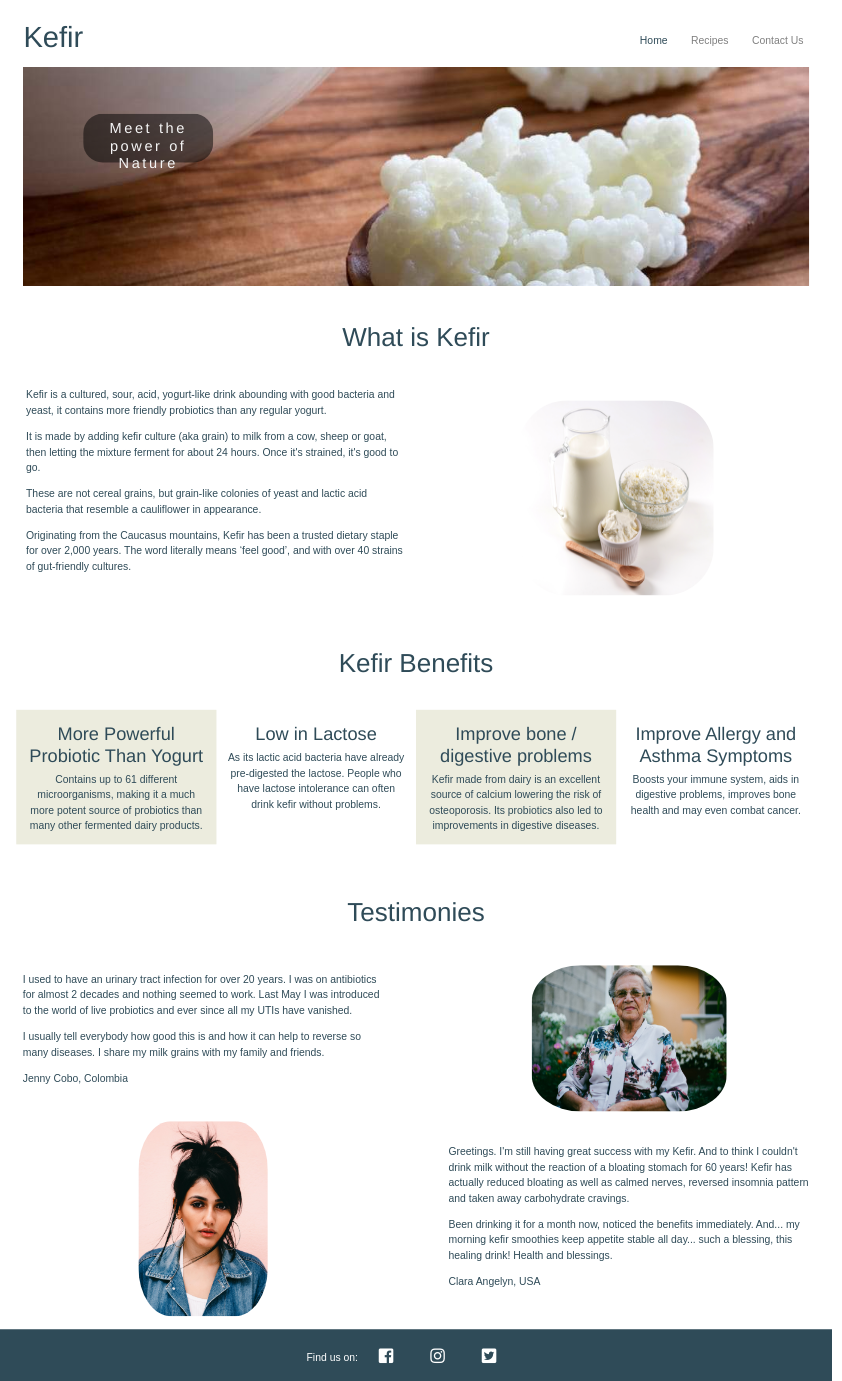
Repository: Code-Institute-Submissions/andna5980-kefir-repo_JuneResub
Page: index.html
An editor plug-in stored every save of this project. The page is shown before and after the next save, followed by the edit.
The browser window is 1280 px wide. The page is 1295 px wide, so the pictures cover 1295 px, including what lies to the right of the window. The pictures show the whole page, at 65% of full size.
Some web fonts or font styles are not loaded; a fallback is used. Some web libraries are served in a nearby version.

Above is the page before, as saved 2021-03-04 22:48:59.

### index.html
<!DOCTYPE html>
<html lang="en-US">

<head>
  <meta charset="UTF-8">
  <meta name="viewport" content="width=device-width, initial-scale=1.0">
  <meta name="author" content="Andres Navarrete">
  <meta name="description"
    content="Kefir, meet the power of nature. Bring the right knowledge and the best recipes from mother nature">
  <meta name="keywords" content="Kefir, recipes, natural-products, home-made, organic, healthy">
  <title>KEFIR | MEET THE POWER OF NATURE</title>
  <link rel="stylesheet" href="https://cdn.jsdelivr.net/npm/bootstrap@4.5.3/dist/css/bootstrap.min.css"
    integrity="sha384-TX8t27EcRE3e/ihU7zmQxVncDAy5uIKz4rEkgIXeMed4M0jlfIDPvg6uqKI2xXr2" crossorigin="anonymous">
  <link rel="stylesheet" href="https://use.fontawesome.com/releases/v5.6.3/css/all.css"
    integrity="sha384-UHRtZLI+pbxtHCWp1t77Bi1L4ZtiqrqD80Kn4Z8NTSRyMA2Fd33n5dQ8lWUE00s/" crossorigin="anonymous">
  <link href="./assets/styles/style.css" rel="stylesheet">
</head>

<body>
  <!-- Main Header -->
  <header>
    <nav class="navbar navbar-expand-md navbar-light fixed-top navbar-bg">
      <a class="navbar-brand" href="index.html">Kefir</a>
      <button class="navbar-toggler" type="button" data-toggle="collapse" data-target="#navbarNav"
        aria-controls="navbarNav" aria-expanded="false" aria-label="Toggle navigation">
        <span class="navbar-toggler-icon"></span>
      </button>
      <div class="collapse navbar-collapse menu-items" id="navbarNav">
        <ul class="navbar-nav">
          <li class="nav-item active">
            <a class="nav-link" href="#">Home <span class="sr-only">(current)</span></a>
          </li>
          <li class="nav-item">
            <a class="nav-link" href="recipes.html">Recipes</a>
          </li>
          <li class="nav-item">
            <a class="nav-link" href="contact.html">Contact Us</a>
          </li>

        </ul>
      </div>
    </nav>
  </header>

  <!-- Hero Image -->

  <div class=" container-hero">
    <div class="hero-image col-12"></div>
    <div class="cover-text">
      <h2>Meet the power of Nature</h2>
    </div>

  </div>


  <!-- What is kefir -->

  <section>
    <div class="row">
      <div class="welcome-text col-12">
        <h1>What is Kefir</h1>
      </div>
    </div>

    <div class="kefir-description row">
      <div class="col-12 col-sm-6 ">
        <p>Kefir is a cultured, sour, acid, yogurt-like drink abounding with good bacteria and yeast, it contains
          more friendly probiotics than any regular yogurt.</p>
        <p>It is made by adding kefir culture (aka grain) to milk from a cow, sheep or goat, then letting the
          mixture ferment for about 24 hours. Once it's strained, it's good to go.</p>
        <p>These are not cereal grains, but grain-like colonies of yeast and lactic acid bacteria that resemble a
          cauliflower in appearance.</p>
        <p>Originating from the Caucasus mountains, Kefir has been a trusted dietary staple for over 2,000 years.
          The word literally means ‘feel good’, and with over 40 strains of gut-friendly cultures.</p>
      </div>

      <div class="col-12 col-sm-6 ">
        <div class="kefir-description-image">
          <img src="./assets/images/milk-products-dairy.jpg" alt="diferent-kefir-derivates" height="300" width="300">
        </div>
      </div>
    </div>

  </section>


  <!-- Kefir benefits -->

  <section class="benefits-title">
    <div class="row ">
      <div class="  col-12">
        <h1>Kefir Benefits</h1>
      </div>
    </div>

    <div class="row benefits-row">
      <div class="benefits-box1 col-12 col-sm-6 col-md-3">
        <h3>More Powerful Probiotic Than Yogurt</h3>
        <p>Contains up to 61 different microorganisms, making it a much
          more potent source of probiotics than many other fermented dairy products.
        </p>
      </div>
      <div class=" benefits-box col-12 col-sm-6 col-md-3">
        <h3>Low in Lactose </h3>
        <p>As its lactic
          acid bacteria have already pre-digested the lactose. People who have lactose
          intolerance can often drink kefir without problems.
        </p>

      </div>
      <div class=" benefits-box1 col-12 col-sm-6 col-md-3">
        <h3>Improve bone / digestive problems </h3>
        <p>Kefir made from dairy is an excellent source of calcium lowering the risk of osteoporosis. Its probiotics
          also led to improvements in digestive diseases.
        </p>
      </div>
      <div class="benefits-box col-12 col-sm-6 col-md-3">
        <h3>Improve Allergy and Asthma Symptoms</h3>
        <p>Boosts your immune system, aids in digestive problems, improves bone health and may even combat cancer.
        </p>
      </div>
    </div>
  </section>

  <!-- Testimonies -->

  <section>
    <div class="testimonies-title  row">
      <div class=" col-12">
        <h1>Testimonies</h1>
      </div>
    </div>

    <div class=" row">
      <div class=" testimony-box col-12 col-sm-6">
        <p>I used to have an urinary tract infection for over 20 years. I was on antibiotics for almost 2 decades and
          nothing seemed to work. Last May I was introduced to the world of live probiotics and ever since all my
          UTIs have vanished.</p>
        <p>I usually tell everybody how good this is and how it can help to reverse so many diseases. I share my
          milk grains with my family and friends.</p>
        <p>Jenny Cobo, Colombia</p>
      </div>

      <div class="col-12 col-sm-6">
        <div class="testimony-image1">
          <img src="./assets/images/damir-bosnjak-VQ2L7t5qt_8-unsplash-min.jpg" alt="old-woman" height="225"
            width="300">
        </div>
      </div>
    </div>

    <div class=" row flex-column-reverse flex-sm-row ">
      <div class="testimony-image2 col-12 col-sm-6 col.order-1.order-xs-2">
        <img src="./assets/images/matheus-ferrero-W7b3eDUb_2I-unsplash.jpg" alt="young-woman" height="300">
      </div>

      <div class="testimony-box col-12 col-sm-6 ">
        <p>Greetings. I'm still having great success with my Kefir. And to think I couldn't drink milk without the
          reaction of a bloating stomach for 60 years! Kefir has actually reduced bloating as well as calmed
          nerves, reversed insomnia pattern and taken away carbohydrate cravings.</p>
        <p> Been drinking it for a month now, noticed the benefits immediately. And... my morning kefir smoothies
          keep appetite stable all day... such a blessing, this healing drink! Health and blessings.</p>
        <p>Clara Angelyn, USA</p>
      </div>

    </div>
  </section>


  <footer>
    <div class="social-networks">
      <span>Find us on:</span>
      <a href="http://facebook.com" target="_blank"><i class="fab fa-facebook-square"></i></a>

      <a href="http://instagram.com" target="_blank"><i class="fab fa-instagram"></i></a>

      <a href="http://twitter.com" target="_blank"><i class="fab fa-twitter-square"></i></a>
    </div>
  </footer>

  <script src="https://code.jquery.com/jquery-3.2.1.slim.min.js"
    integrity="sha384-KJ3o2DKtIkvYIK3UENzmM7KCkRr/rE9/Qpg6aAZGJwFDMVNA/GpGFF93hXpG5KkN"
    crossorigin="anonymous"></script>
  <script src="https://cdnjs.cloudflare.com/ajax/libs/popper.js/1.12.9/umd/popper.min.js"
    integrity="sha384-ApNbgh9B+Y1QKtv3Rn7W3mgPxhU9K/ScQsAP7hUibX39j7fakFPskvXusvfa0b4Q"
    crossorigin="anonymous"></script>
  <script src="https://maxcdn.bootstrapcdn.com/bootstrap/4.0.0/js/bootstrap.min.js"
    integrity="sha384-JZR6Spejh4U02d8jOt6vLEHfe/JQGiRRSQQxSfFWpi1MquVdAyjUar5+76PVCmYl"
    crossorigin="anonymous"></script>


</body>


</html>

### assets/styles/style.css
@import url('https://fonts.googleapis.com/css2?family=Amatic+SC&family=Caveat+Brush&display=swap');
body {
    font-family: Arial, Helvetica, sans-serif;
    color: #2F4B58;
    max-width: 2000px;
}

h1,h2,h3 {
    font-family: Caveat Brush, Helvetica, sans-serif;
    color: #2F4B58;
}

/*----------------------BORDER ROWS AND COLUMNS----------*/

.test-red {
    border: 3px solid red
}

.test-blue {
    border: 1px solid blue
}

/*-----------------------Header ----------*/

.navbar-brand {
    font-family: Caveat Brush, Helvetica, sans-serif;
    font-size: 280%;
    margin-left: 20px;
    margin-top: 10px;
}

.navbar-light .navbar-brand {
    color: #2F4B58;
}

.navbar-light .navbar-nav .active>.nav-link, .navbar-light .navbar-nav .nav-link.active, .navbar-light .navbar-nav .nav-link.show, .navbar-light .navbar-nav .show>.nav-link {
    color: #2f4b58;
}

.fixed-top{
    position: fixed;
    z-index: 5;
}

.navbar-bg{
    background: white;
}


.menu-items{
    justify-content: flex-end;
}

.navbar-nav li a {
    margin-top: 20px;
    color: #2F4B58;
    text-align: right;
    margin-right: 20px;
}

.navbar-nav li a {
    margin-top: 20px;
    color: #2F4B58;
}

.navbar-toggler {
    border: 2px solid #2F4B58;
    color: #2F4B58;
}


/*-----------------------Hero-Image ----------*/

.container-hero {
    height: 400px;
    overflow: hidden;
    margin-top: 40px;
}

.hero-image {
    height: 400px;
    /* width: 110%; */
    width: 140%;
    background: url(../images/milk-kefir-grains-spoon_1024x1024.jpg) no-repeat center;
    animation-name: hero-zoom;
    animation-duration: 4s;
    animation-fill-mode: forwards;
}

.cover-text h2 {
    color: whitesmoke;
    font-size: 140%;
    letter-spacing: 4px;
    text-align: center;
    width: 200px;
    height: 75px;
    padding-top: 10px;
    background-color: rgba(0, 0, 0, .5);
    border-radius: 30px;
    top: 175px;
    left: 10%;
    position: absolute;
}

/*------Animation of the Hero image-------*/

@keyframes hero-zoom {
    from {
        transform: scale(1);
    }
    to {
        transform: scale(1.2);
    }
}

/*-----------------------What-is-kefir-are----------*/

.welcome-text {
    text-align: center;
    margin: 25px 0;
    padding-top: 30px;
}

.kefir-description {
    padding: 20px 40px 40px 40px;
}

.kefir-description-image {
    padding-top: 20px;
    text-align: center;
}

/*-----------------------Kefir-Benefits-Area----------*/

.recipes-section{
    margin-top: 100px;
}

.benefits-title {
    text-align: center;
    margin: 40px 0;
}

.benefits-row {
    padding: 40px;
    color: #2F4B58;
}

.benefits-box {
    padding-top: 20px;
}

.benefits-box1 {
    background-color: #ECECDE;
    padding-top: 20px;
}

/*-----------------------Testimonies----------*/

.testimonies-title {
    text-align: center;
    margin: 25px 0;
    margin-top: 10px;
    margin-bottom: 10px;
}

.testimony-image1 {
    padding-top: 40px;
    /* padding-left: 50px;  */
    display: flex;
    justify-content: center;
}

.testimony-image2 {
    padding-top: 15px;
    /* padding-left: 100px;  */
    display: flex;
    justify-content: center;
}

.testimony-box {
    padding: 50px 50px 20px 50px;
    justify-content: center;
}

img {
    border-radius: 25%;
}

/*-----------------------Recipes-Page----------*/

.recipes-title {
    text-align: center;
}

.picture-box {
    padding-top: 5px;
    display: flex;
    justify-content: center;
}

/*-----------------------Contact-Page----------*/

.form-section {
    clear: right;
    background: url(../images/milk-products-dairy-wood-table.jpg) no-repeat center;
    opacity: 0.9;
    background-size: cover;
    background-position: right;
    height: 750px;
    border-radius: 3%;
}

.contact-form {
    margin-top: 100px;
    color: white;
    background-color: rgba(0, 0, 0, 0.7);
    max-width: 320px;
    position: absolute;
    left: 10%;
    padding: 20px;
    border-radius: 25px;
}

.contact-form>h2 {
    margin-bottom: 15px;
    font-size: xx-large;
    color: white;
}

.text-input {
    background: white;
    color: black;
    width: 100%;
    height: 30px;
    margin: 5px 0 20px 0;
    border: 1px solid black;
    border-radius: 3px;
}

.button {
    margin-top: 20px;
    border-radius: 10px;
    padding: 15px 32px 15px 32px;
    text-align: center;
    font-size: 100%;
    background-color: white;
    color: black;
    display: block;
}

.button:hover {
    background-color: black;
    color: white;
}

/*-----------------------Footer----------*/

footer {
    height: 80px;
    width: 100%;
    background-color: #2F4B58;
    overflow: hidden;
    margin-top: 20px;
}

.social-networks {
    text-align: center;
    margin-right: 20px;
}

.social-networks a {
    color: white;
    display: inline-block;
    margin: 1px;
    padding: 2%;
    transition: all 0.35s ease-in-out;
    -moz-transition: all 0.35s ease-in-out;
    -webkit-transition: all 0.35s ease-in-out;
    -o-transition: all 0.35s ease-in-out;
}

.social-networks a i:hover {
    color: black;
}

.social-networks i {
    font-size: 160%;
    margin: 1%;
    padding: 5%;
    color: white;
}

.social-networks span {
    color: white;
}

After the next save:
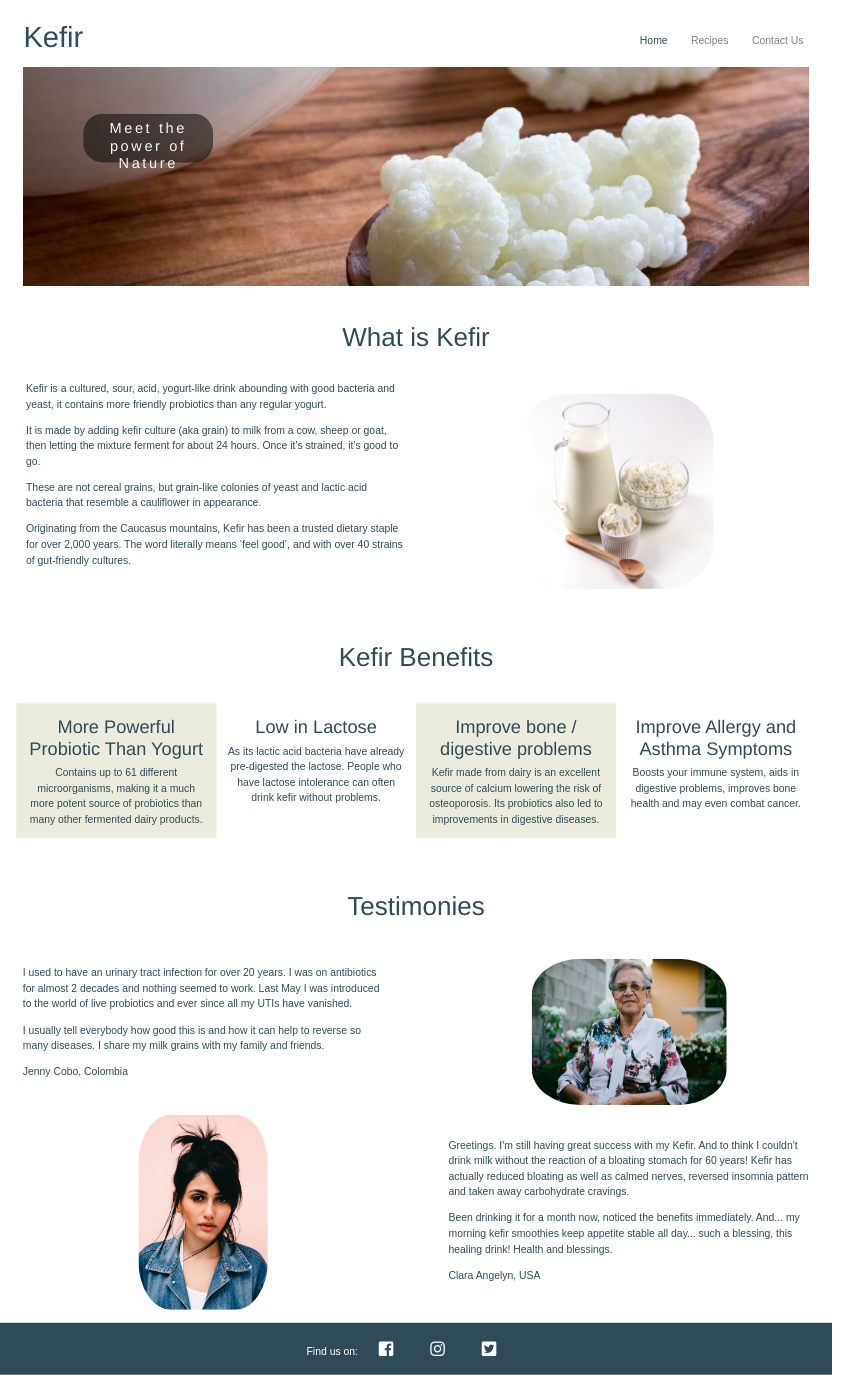
Saved 49 s later.
--- a/assets/styles/style.css
+++ b/assets/styles/style.css
@@ -122,7 +122,7 @@ h1,h2,h3 {
 }
 
 .kefir-description {
-    padding: 20px 40px 40px 40px;
+    padding: 10px 40px 40px 40px;
 }
 
 .kefir-description-image {
